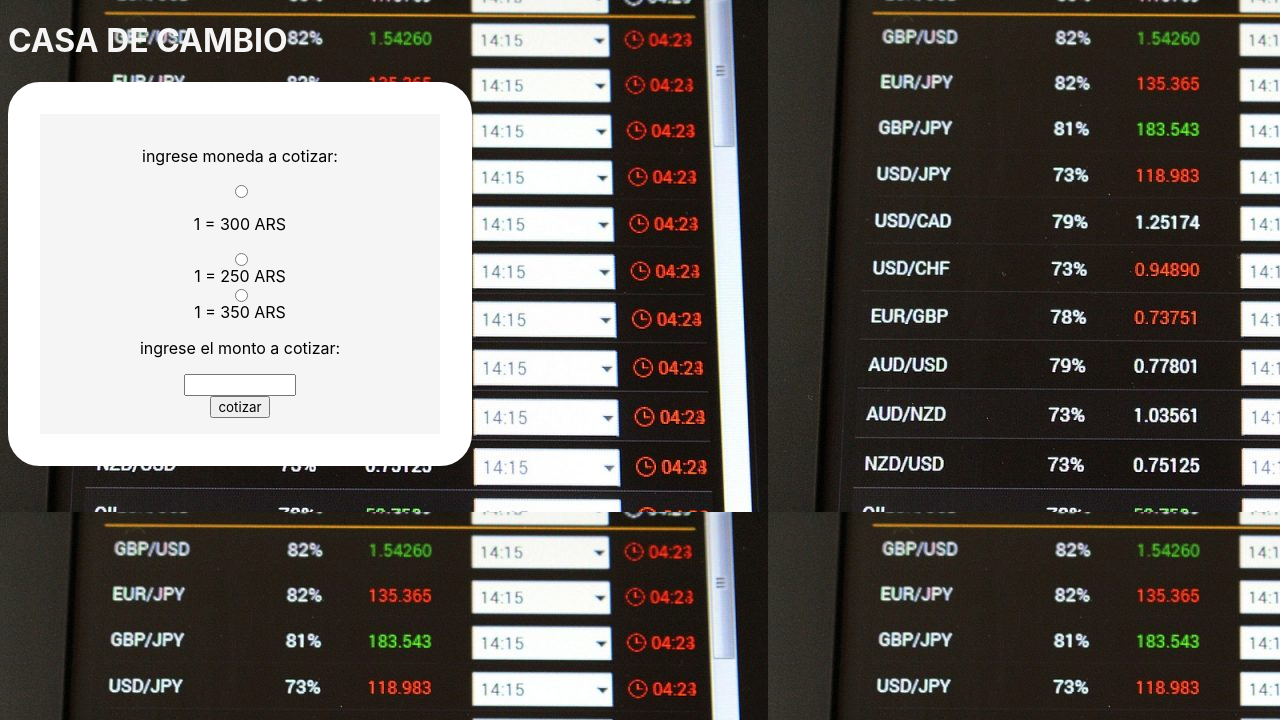
Repository: AgusL01/Bootstrap-Agustin-lago-
Page: Desktop/clases coder/proyecto-final-agustin-lago-main/index.html
These files come from the project's save history. The page is drawn as it stood at one moment and after the next save; the edit follows.
The browser window is 1280 px wide. The pictures show the whole page.

Above is the page before, as saved 2022-08-25 15:44:12.

### Desktop/clases coder/proyecto-final-agustin-lago-main/index.html
<!DOCTYPE html>
<html lang="es">
<head>
    <meta charset="UTF-8">
    <meta http-equiv="X-UA-Compatible" content="IE=edge">
    <meta name="viewport" content="width=+, initial-scale=1.0">
    <title>Casa de cambio</title>
    <link rel="stylesheet" href="./css/estilo.css">
</head>
<body>
    <h1>CASA DE CAMBIO</h1>
    <form class="formulario">
            <p>ingrese moneda a cotizar:</p>
            <input type='radio' name="dolar" id="uno"> <p>1 = 300 ARS</p>
            <input type="radio" name="euro" id="dos">1 = 250 ARS
            <input type="radio" name="libra" id="tres">1 = 350 ARS
            <p>ingrese el monto a cotizar:</p>
            <input type="number" id="montoCotizar" min="1"m max="100000">
        <input type="button" id="montoCotizado" value="cotizar" onclick="">
    </form>
    <script src="./js/main.js"></script>
</body>
</html>

### Desktop/clases coder/proyecto-final-agustin-lago-main/css/estilo.css
*{
    font-family: 'Inter', sans-serif;
}
body{
    background-image: url(/imagenes/courses-643727_960_720-768x512.jpg);
    height: 100%;
}
.dolar, .euro, .libra{
display: inline-block;
}
.formulario{
    justify-content: center;
    display: flex;
    flex-direction:column;
    align-items: center;
    text-align: center;
    background-color: #f5f5f5;
    border: 2rem solid white;
    border-radius: 2rem;
    width: 25rem;
    height: 20rem;
}

h1{
    color: #f5f5f5;
}

.cotizar{
    width: 7rem;
    height: 2rem;
    margin-top: 4rem;
}
.titleMain {
    text-align: center;
    font-size: 3rem;
    margin-top: 4rem;
}

### Desktop/clases coder/proyecto-final-agustin-lago-main/js/main.js
/*se declaran la funcion a realizar*/
function conversor(){
    let valor = parseInt(document.getElemenById('montoCotizar').value);
    let montoCambiar = montoCotizar;
    /*declaramos el valor de las monedas*/
    let dolar = 300;
    let euro = 250;
    let libra = 350;
    /*prosegimos a hacer la matematica corespondiente*/
    if (document.getElementById(uno)){
    let montoCambiado= montoCambiar / dolar
    }
}

After the next save:
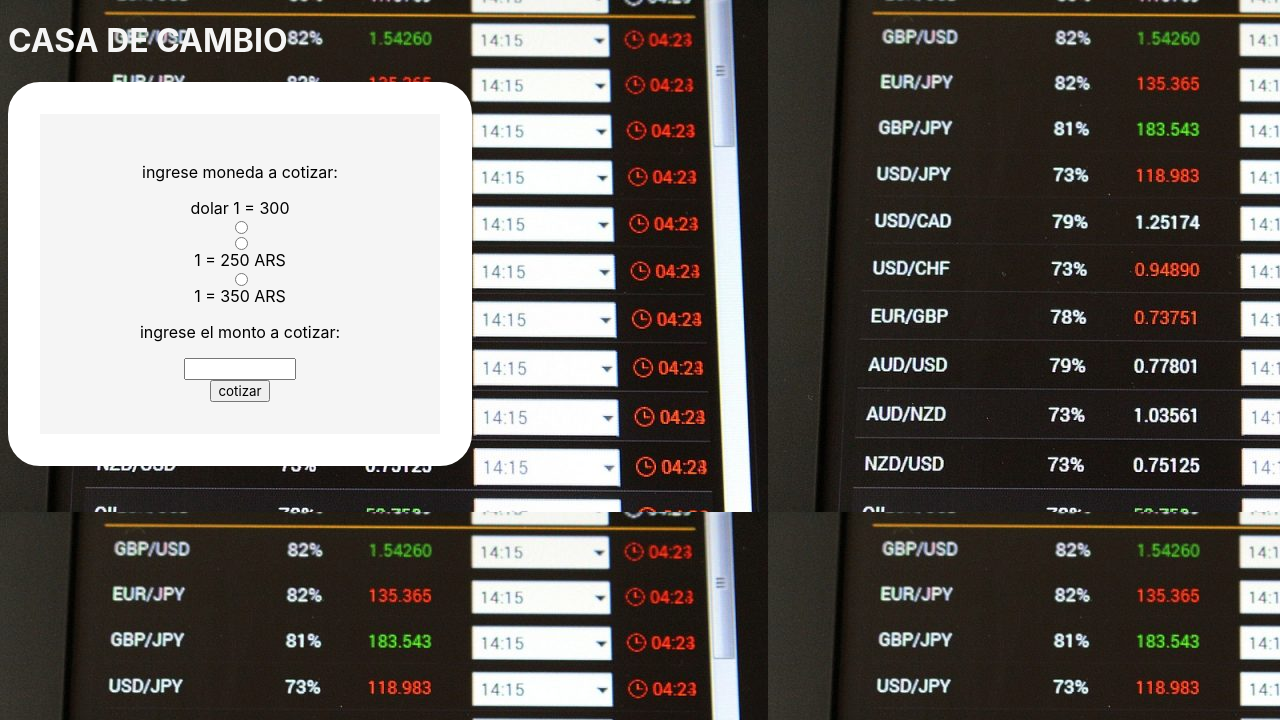
Saved 11 min 57 s later.
--- a/Desktop/clases coder/proyecto-final-agustin-lago-main/index.html
+++ b/Desktop/clases coder/proyecto-final-agustin-lago-main/index.html
@@ -11,8 +11,12 @@
     <h1>CASA DE CAMBIO</h1>
     <form class="formulario">
             <p>ingrese moneda a cotizar:</p>
-            <input type='radio' name="dolar" id="uno"> <p>1 = 300 ARS</p>
+            <label for="">dolar 1 = 300</label>
+            <input type='radio' name="moneda" id="uno">
+
+            <label for=""></label>
             <input type="radio" name="euro" id="dos">1 = 250 ARS
+            <label for=""></label>
             <input type="radio" name="libra" id="tres">1 = 350 ARS
             <p>ingrese el monto a cotizar:</p>
             <input type="number" id="montoCotizar" min="1"m max="100000">
